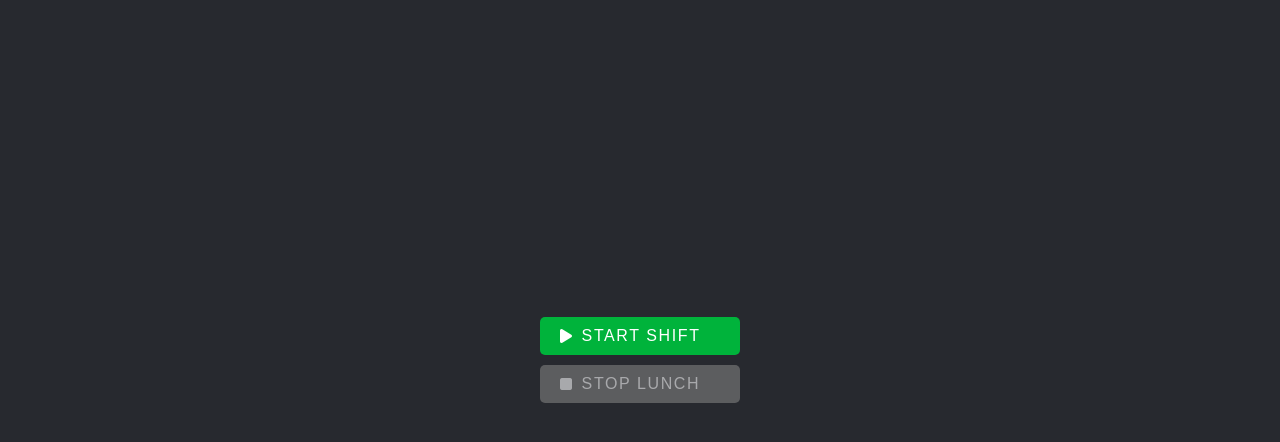
Repository: Philip-Rogers/button-state
Page: experiment.html
These files come from the project's save history. The page is drawn as it stood at one moment and after a run of saves; the edit follows.
The browser window is 1280 px wide. The pictures show the whole page.
After loading, the first visible `#lunchButton` was clicked once.

Above is the page before, as saved 2024-08-14 15:17:23.

After the next 2 saves:
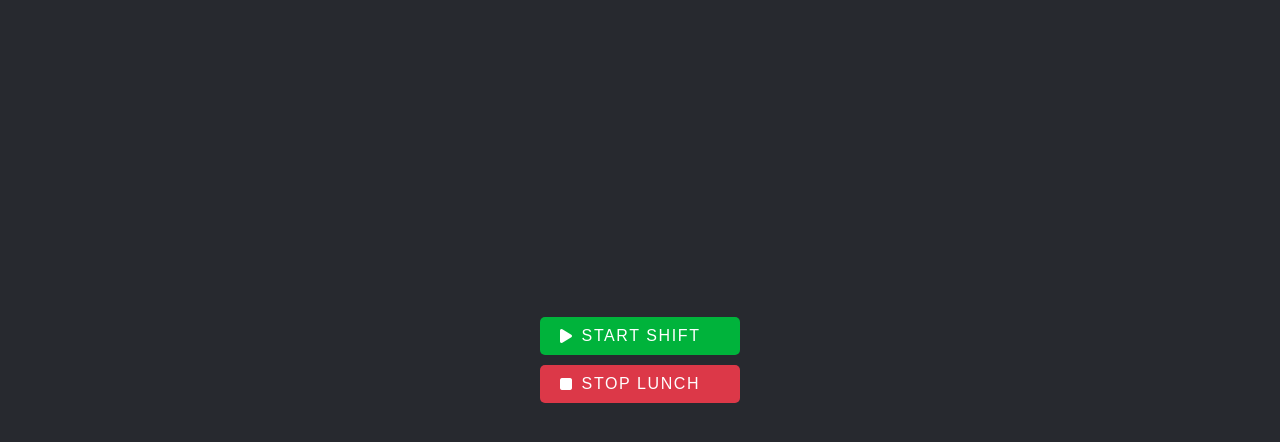
The 2 saves are shown as one change because they came seconds apart.
The last was saved 90 s later.
--- a/experiment.html
+++ b/experiment.html
@@ -47,17 +47,28 @@
 
         // Function to toggle the Lunch button text and color
         function toggleLunch() {
+            const shiftButton = document.getElementById('shiftButton');
             const lunchButton = document.getElementById('lunchButton');
 
             if (lunchState === 'start') {
                 lunchButton.innerHTML = '<i class="fa fa-stop"></i> Stop Lunch';
-                lunchButton.style.backgroundColor = 'grey'; // Grey for Stop Lunch
-                lunchButton.disabled = true; // Disable the button
+                lunchButton.style.backgroundColor = 'hsl(354, 70%, 54%)'; // Red for Stop Lunch
+
+                if (shiftState === 'stop') {
+                    shiftButton.style.backgroundColor = 'grey'; // Grey out the Stop Shift button
+                    shiftButton.disabled = true; // Disable the Stop Shift button
+                }
+
                 lunchState = 'stop';
             } else {
                 lunchButton.innerHTML = '<i class="fa fa-utensils"></i> Start Lunch';
                 lunchButton.style.backgroundColor = 'hsl(205, 100%, 39%)'; // Blue for Start Lunch
-                lunchButton.disabled = false; // Enable the button
+
+                if (shiftState === 'stop') {
+                    shiftButton.style.backgroundColor = 'hsl(354, 70%, 54%)'; // Restore the red color for Stop Shift
+                    shiftButton.disabled = false; // Re-enable the Stop Shift button
+                }
+
                 lunchState = 'start';
             }
         }
